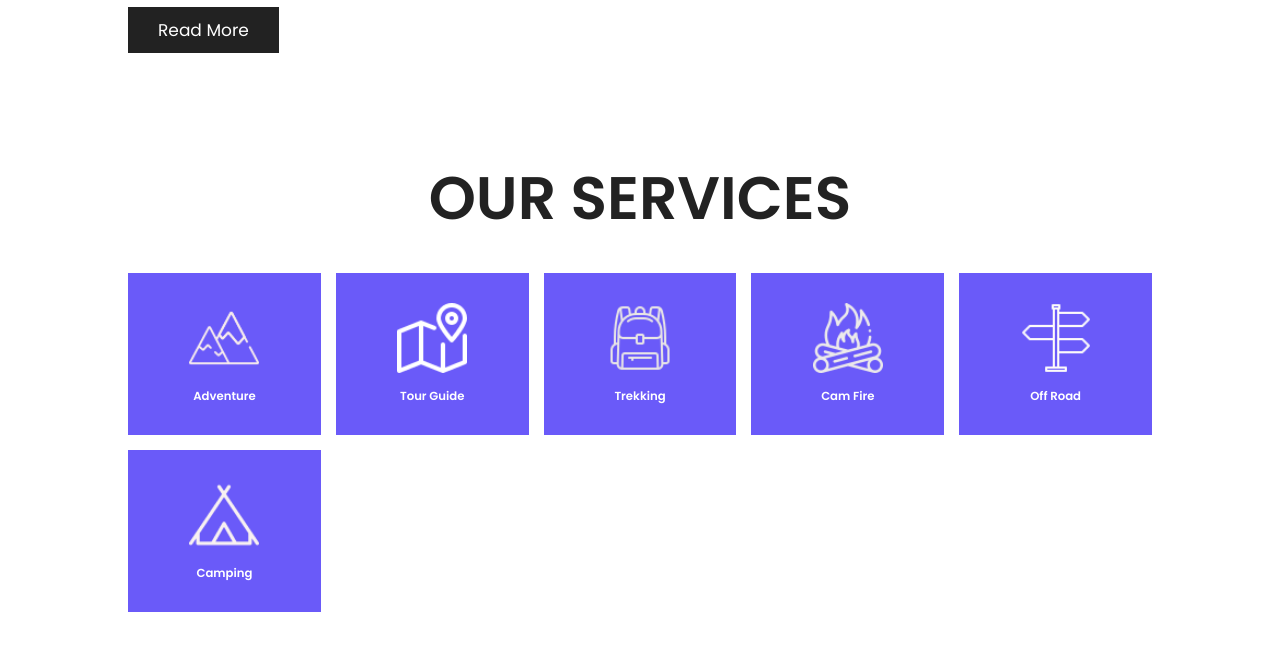
Repository: CTCuong/Traveloka-Web
Page: assets/home.html
The author's editor kept a copy of each file at every save. The page is drawn from the files as they stood at one save, then again after the next save.
The browser window is 1280 px wide. The pictures show the part of the page from y = 1053 to 1715 px (the page is 2361 px tall before and 2393 px after).
Pictures or frames that could not be fetched are drawn as grey boxes. A picture or video elsewhere on the page could not be fetched, so the positions and the page height are approximate. Backgrounds fixed to the window are drawn as part of the page.

Above is the page before, as saved 2023-07-04 20:24:19.

### assets/home.html
<!DOCTYPE html>
<html lang="en">
<head>
    <meta charset="UTF-8">
    <meta name="viewport" content="width=device-width, initial-scale=1.0">
    <title>Document</title>
    <!--swiper css-->
    <link rel="stylesheet"href="https://cdn.jsdelivr.net/npm/swiper@9/swiper-bundle.min.css"/>
    <!--font awesome link-->
    <link rel="stylesheet" href="https://cdnjs.cloudflare.com/ajax/libs/font-awesome/6.4.0/css/all.min.css">
    <!-- css file link -->
    <link rel="stylesheet" href="/assets/css/style.css">
</head>
<body>
    <!-- header section starts -->
    <section class="header">
        <a href="home.html" class="logo">travel.</a>

        <nav class="navbar">
            <a href="home.html">Home</a>
            <a href="about.html">About</a>
            <a href="package.html">Package</a>
            <a href="book.html">Book</a>

        </nav>

        <div id="menu-btn" class="fas fa-bars"></div>
    </section>
    <!-- header section ends -->

    <!-- home section starts -->
    <section class="home">

        <div class="swiper home-slider">

            <div class="swiper-wrapper">

                <div class="swiper-slide slide" style="background: url(/assets/image/Content/sun-moon-lake-morning-taiwan.jpg) no-repeat;">
                    <div class="content">
                        <span>explore, discover, travel</span>
                        <h3>travel arround the world</h3>
                        <a href="package.html" class="btn">discover more</a>
                    </div>
                </div>

                <div class="swiper-slide slide" style="background: url(/assets/image/Content/sun-moon-lake-morning-taiwan.jpg) no-repeat;">
                    <div class="content">
                        <span>explore, discover, travel</span>
                        <h3>discover the new places</h3>
                        <a href="package.html" class="btn">discover more</a>
                    </div>
                </div>

                <div class="swiper-slide slide" style="background: url(/assets/image/Content/sun-moon-lake-morning-taiwan.jpg) no-repeat;">
                    <div class="content">
                        <span>explore, discover, travel</span>
                        <h3>make your tour worthwhile</h3>
                        <a href="package.html" class="btn">discover more</a>
                    </div>
                </div>

            </div>
            <div class="swiper-pagination"></div>

        </div>
    </section>
    <!-- home section ends -->

    <!-- home about section strats -->
    <section class="home-about">

        <div class="img">
            <img src="/assets/image/About/beautiful-sunrise-fishing-dip-nets-pakpra-phatthalung-thailand_335224-816.avif" alt="">
        </div>

        <div class="content">
            <h3>about us</h3>
            <p></p>
            <a href="about.html" class="btn"> read more</a>
        </div>
    </section>

    <!-- home about section ends -->



    <!-- services section starts -->
    <section class="services">
        <h1 class="heading-title"> our services </h1>

        <div class="box-container">

            <div class="box">
                <img src="/assets/image/Services/1.png" alt="">
                <h3> adventure </h3>
            </div>

            <div class="box">
                <img src="/assets/image/Services/2.png" alt="">
                <h3> tour guide </h3>
            </div>

            <div class="box">
                <img src="/assets/image/Services/3.png" alt="">
                <h3> trekking </h3>
            </div>


            <div class="box">
                <img src="/assets/image/Services/4.png" alt="">
                <h3> cam fire </h3>
            </div>

            <div class="box">
                <img src="/assets/image/Services/5.png" alt="">
                <h3> off road </h3>
            </div>

            <div class="box">
                <img src="/assets/image/Services/6.png" alt="">
                <h3> camping </h3>
            </div>

        </div>
    </section>
    <!-- services section ends -->



    <!-- footer section starts -->

    <section class="footer">
        <div class="box-container">

            <div class="box">
                <h3>quick links</h3>
                <a href="home.html"><i class="fas fa-angle-right"></i>Home</a>
                <a href="about.html"><i class="fas fa-angle-right"></i>About</a>
                <a href="package.html"><i class="fas fa-angle-right"></i>Package</a>
                <a href="book.html"><i class="fas fa-angle-right"></i>Book</a>
            </div>

            <div class="box">
                <h3>extra links</h3>
                <a href="#"><i class="fas fa-angle-right"></i> ask question</a>
                <a href="#"><i class="fas fa-angle-right"></i> about us</a>
                <a href="#"><i class="fas fa-angle-right"></i> privacy policy</a>
                <a href="#"><i class="fas fa-angle-right"></i> terms of use</a>
            </div>

            <div class="box">
                <h3>contract info</h3>
                <a href="#"><i class="fas fa-phone"></i> +84 098-326-789 </a>
                <a href="#"><i class="fas fa-phone"></i> +84 023-908-7865 </a>
                <a href="#"><i class="fas fa-envelope"></i> travekhanas@gmail.com </a>
                <a href="#"><i class="fas fa-map"></i> HaNoi, VietNam   </a>
            </div>

            <div class="box">
                <h3>follow us</h3>
                <a href="#"><i class="fab fa-facebook"></i> facebook </a>
                <a href="#"><i class="fab fa-twitter"></i> twitter </a>
                <a href="#"><i class="fab fa-instagram"></i> instagram </a>
                <a href="#"><i class="fab fa-telegram"></i> telegram </a>
            </div>

        </div>

        <div class="credit"> created by <span>mr. Cao Tran Cuong</span> | all rights reserved! </div>
    </section>
    <!-- footer section ends -->

    <!--swiper js-->
    <script src="https://cdn.jsdelivr.net/npm/swiper@9/swiper-bundle.min.js"></script>
    <!-- js file link -->
    <script src="/assets/js/scrip.js"></script>
</body>
</html>

### assets/css/style.css
@import url('https://fonts.googleapis.com/css2?family=Poppins:ital,wght@0,100;0,200;0,300;0,400;0,500;0,600;1,100;1,200;1,300;1,400;1,500;1,600&display=swap');

:root {
    --main-color:#6A5AF9;
    --black:#222;
    --white: #fff;
    --light-black:#777;
    --light-white:#fff9;
    --drak-bg:rgba(0,0,0,.7);
    --light-bg:#eee;
    --border:1rem solid var(var(--black));
    --text-shadow:0 1.5rem 3rem rgba(0,0,0,.3);
    --box-shadow:0 1.5rem 3rem rgba(0,0,0,.1);
}
* {
    font-family: 'Poppins', sans-serif;
    margin: 0; padding: 0;
    box-sizing: border-box;
    outline: none; border: none;
    text-decoration: none;
    text-transform: capitalize;

}

html {
    font-size: 62.5%;
    overflow-x: hidden;
}

html::-webkit-scrollbar {
    width : 1rem;
}

html::-webkit-scrollbar-track {
    background-color: var(--white);
}

html::-webkit-scrollbar-thumb {
    background-color: var(--main-color);
}
section {
    padding: 5rem 10%;
}
.header {
    position: sticky;
    top:0; left: 0; right: 0;
    z-index: 1000;
    background-color: var(--white);
    display: flex;
    padding-top: 2rem;
    padding-bottom: 2rem;
    box-shadow: var(--box-shadow);
    align-items: center;
    justify-content:space-between;
}

.header .logo {
    font-size: 2.5rem;
    color: var(--black);
}

.header .navbar a {
    font-size: 2rem;
    margin-left: 2rem;
    color: var(--black);
}

#menu-btn {
    font-size: 2.5rem;
    color: var(--black);
    cursor: pointer;
    display: none;
}

.home {
    padding: 0;
}

.home .slide {
    text-align: center;
    padding: 2rem;
    display: flex;
    align-items: center;
    justify-content: center;
    background-size: cover !important;
    background-position: center !important;
    min-height: 60rem;
}

.home .slide .content {
    width: 85rem;
    display: none;
}

.home .swiper-slide-active .content {
    display: inline-block;
}

.home .slide .content span {
    display: block;
    font-size: 2.2rem;
    color: var(--light-white);
    padding-bottom: 1rem;
    animation:fadeIn .4s linear backwards .2s;
}

.home .slide .content h3 {
    font-size: 6vw;
    color: var(--white);
    text-transform: uppercase;
    line-height: 1;
    text-shadow: var(--text-shadow);
    padding: 1rem 0;
    animation:fadeIn .4s linear backwards .4s;
}

.home .slide .content .btn {
    animation:fadeIn .4s linear backwards .6s;
}


@keyframes fadeIn {
    0% {
        transform: scale(0);
        opacity: 0;
    }
}
.btn {
    display: inline-block;
    background: var(--black);
    margin-top: 1rem;
    color: var(--white);
    font-size: 1.7rem;
    padding: 1rem 3rem;
    cursor: pointer;

}

.btn:hover {
    background: var(--main-color);
}


.services .box-container {
    display: grid;
    grid-template-columns: repeat(auto-fit, minmax(16rem, 1fr));
    gap : 1.5rem;
}

.services .box-container .box {
    padding: 3rem 2rem;
    text-align: center;
    background: var(--main-color);
    cursor: pointer;
}


.services .box-container .box:hover {
    background: var(--black) ;
}

.services .box-container .box h3 {
    color: var(--white);
    font-size: 1,7rem;
    padding-top: 1rem;
}

.services .box-container .box img {
    height: 7rem;
}

.heading-title {
    text-align: center;
    margin-bottom: 3rem;
    font-size: 6rem;
    text-transform: uppercase;
    color: var(--black);
}





























.footer {
    background:url(/assets/image/Footer/low-angle-nature-night-time.jpg) no-repeat;
    background-size: cover;
    background-position: center;
    background-attachment: fixed;
}

.footer .box-container {
    display: grid;
    grid-template-columns: repeat(auto-fit, minmax(25rem, 1fr));
    gap : 3rem;
}

.footer .box-container .box h3{
    color: var(--white);
    font-size: 2.5rem;
    padding-bottom: 2rem;
}

.footer .box-container .box a {
    color: var(--light-white);
    font-size: 1.5rem;
    padding-bottom: 1.5rem;
    display: block;
}

.footer .box-container .box a i {
    color: var(--main-color);
    padding-right: .5rem;
    transition: .2s linear ;
}

.footer .box-container .box a:hover i {
    padding-right: 2rem;
}

.footer .credit {
    text-align: center;
    padding-top: 3.5rem;
    margin-top: 3rem;
    border-top: .1rem solid var(--light-bg);
    font-size: 2rem;
    color: var(--white);
}

.footer .credit span {
    color:var(--main-color);
}



/* media queries */
@media (max-width:1200px) {

    section {
        padding: 3rem 5%;
    }

}

@media (max-width:991px) {

    html {
        font-size: 55%;
    }

    section {
        padding: 3rem 2rem;
    }

    .home .slide .content h3 {
        font-size: 10vw;
    }
}

@media (max-width:768px) {
    #menu-btn {
         display: inline-block;
         transition: .2s linear;
    }

    #menu-btn.fa-times {
        transform: rotate(180deg);
    }

    .header .navbar {
        position: absolute;
        top:99%; left:0; right:0;
        background-color: var(--white);
        border-top: var(--border);
        padding: 2rem;
        transition: .2s linear;
        clip-path: polygon(0 0, 100% 0, 100% 0, 0 0);
    }

    .header .navbar.active {
        clip-path: polygon(0 0, 100% 0, 100% 100%, 0 100%);
    }

    .header .navbar a {
        display:block;
        margin: 2rem;
        text-align: center ;
    }

}
@media (max-width:450px) {

    html {
        font-size: 50%;
    }

    .heading-title {
        font-size: 3.5rem;
    }

}

### assets/js/scrip.js
let menu = document.querySelector('#menu-btn');
let navbar = document.querySelector('.header .navbar');

menu.onclick = () =>{
    menu.classList.toggle('fa-times');
    navbar.classList.toggle('active');
};

window.onscroll = () => {
    menu.classList.remove('fa-times')
    navbar.classList.remove('active')

};

var swiper = new Swiper(".home-slider", {
    spaceBetween: 30,
    pagination: {
      el: ".swiper-pagination",
      clickable: true,
    },
});

After the next save:
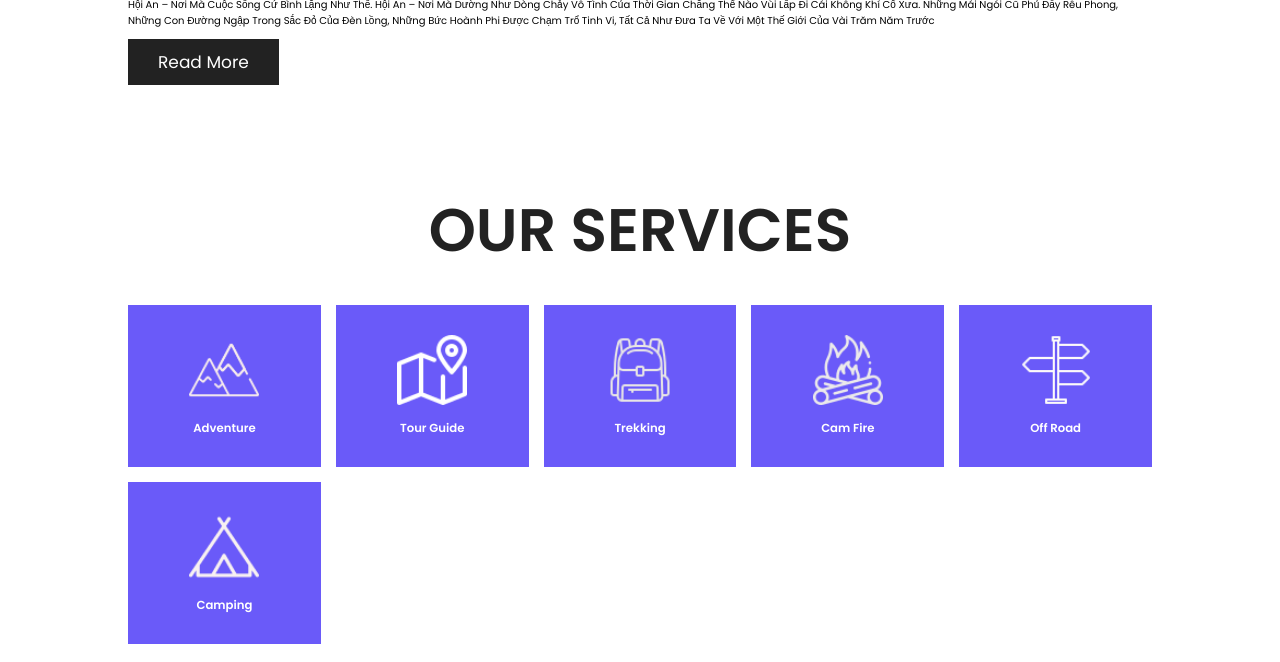
Saved 2 min 25 s later.
--- a/assets/home.html
+++ b/assets/home.html
@@ -75,7 +75,9 @@
 
         <div class="content">
             <h3>about us</h3>
-            <p></p>
+            <p>Hội An – nơi mà cuộc sống cứ bình lặng như thế. Hội An – nơi mà dường như dòng chảy vô tình của thời gian chẳng thể nào vùi lấp đi cái không khí cổ xưa.
+             Những mái ngói cũ phủ đầy rêu phong, những con đường ngập trong sắc đỏ của đèn lồng, những bức hoành phi được chạm trổ tinh vi, tất cả như đưa ta về với
+             một thế giới của vài trăm năm trước</p>
             <a href="about.html" class="btn"> read more</a>
         </div>
     </section>
